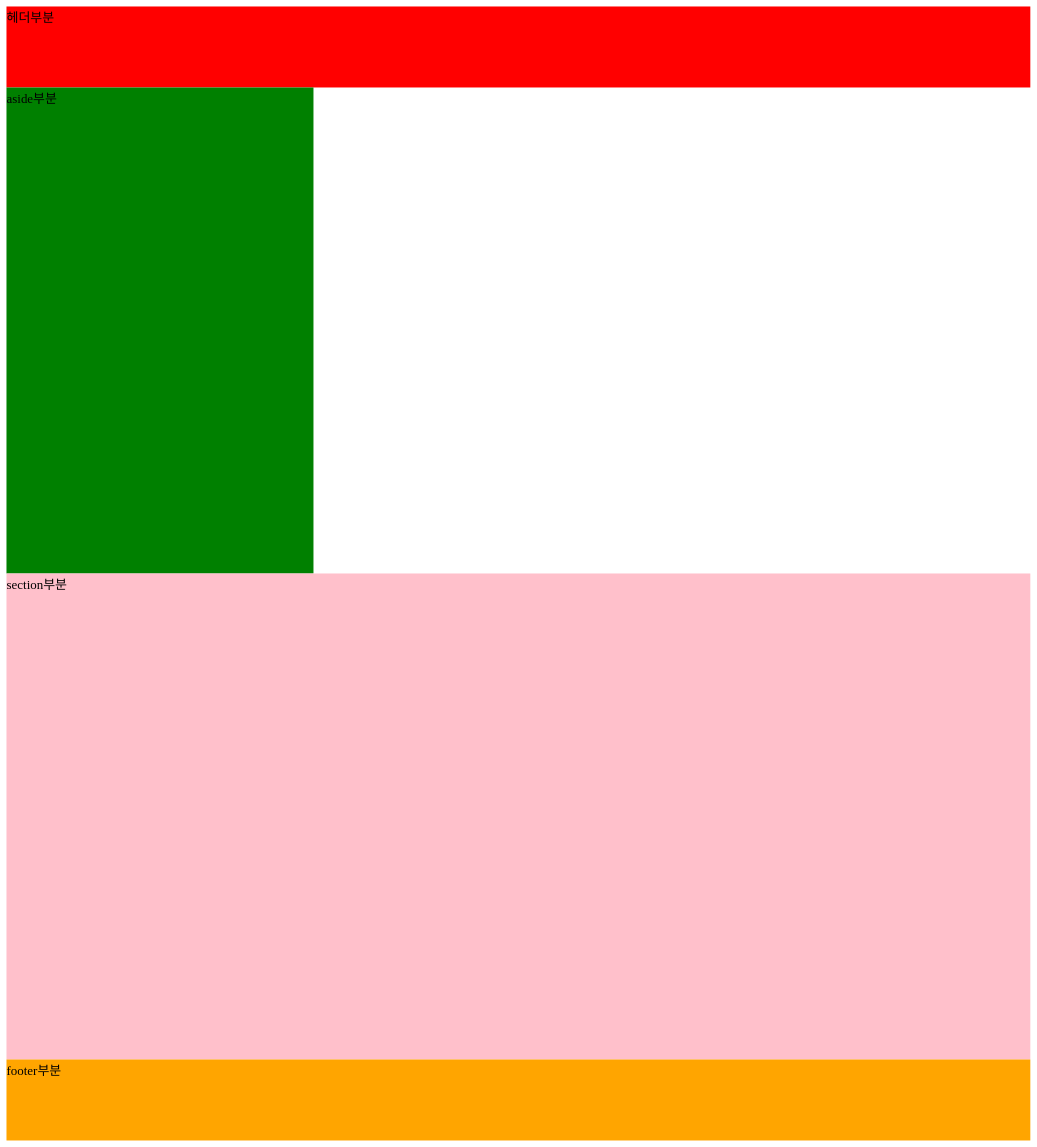
Repository: dhfkdlxm/Lecture-Web
Page: Lecture-Web/WebContent/css/exam14.html
The author's editor kept a copy of each file at every save. The page is drawn from the files as they stood at one save, then again after the next save.
The browser window is 1280 px wide. The pictures show the whole page, at 81% of full size.

Above is the page before, as saved 2021-06-11 03:08:48.

### Lecture-Web/WebContent/css/exam14.html
<!DOCTYPE html>
<html>
<head>
<meta charset="UTF-8">
<title>Insert title here</title>
<style type="text/css">
header {
	background-color: red;
	height: 100px;
}

aside {
	background-color: green;
	height:600px;
	width:30%
}

section {
	background-color: pink;
	height:600px;
	width:70
}

footer {
	background-color: orange;
	height: 100px;
}
</style>
</head>
<body>
	<header>헤더부분</header>
	<aside>aside부분</aside>
	<section>section부분</section>
	<footer>footer부분</footer>
</body>
</html>

After the next save:
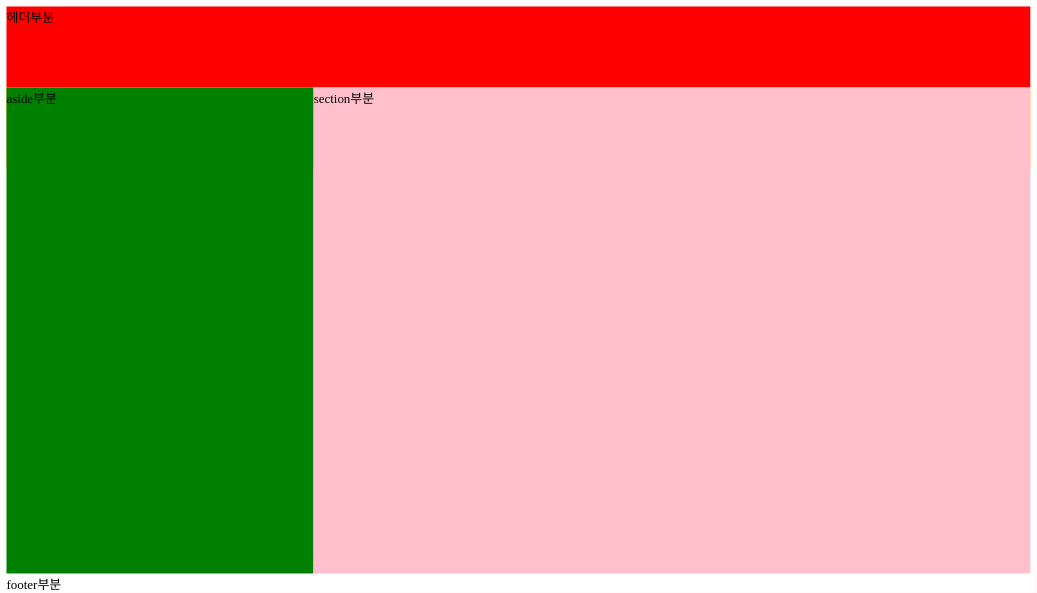
Saved 21 s later.
--- a/Lecture-Web/WebContent/css/exam14.html
+++ b/Lecture-Web/WebContent/css/exam14.html
@@ -12,13 +12,16 @@
 aside {
 	background-color: green;
 	height:600px;
-	width:30%
+	width:30%;
+	float:left;
 }
 
 section {
 	background-color: pink;
 	height:600px;
-	width:70
+	width:70%;
+	float: right;
+
 }
 
 footer {
